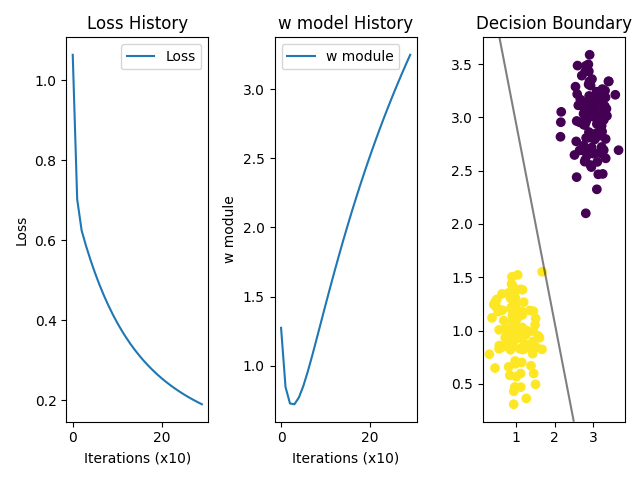
Repository: htlou/MLlab
Script's output: python Lab-logistic/logistic.py
These files come from the project's save history. The script's output is drawn as it stood at one moment and after the next save; the edit follows.
Animations are shown at an early frame. Random numbers start from a fixed seed.

Above is the script's output before, as saved 2023-12-30 14:21:52.

After the next save:
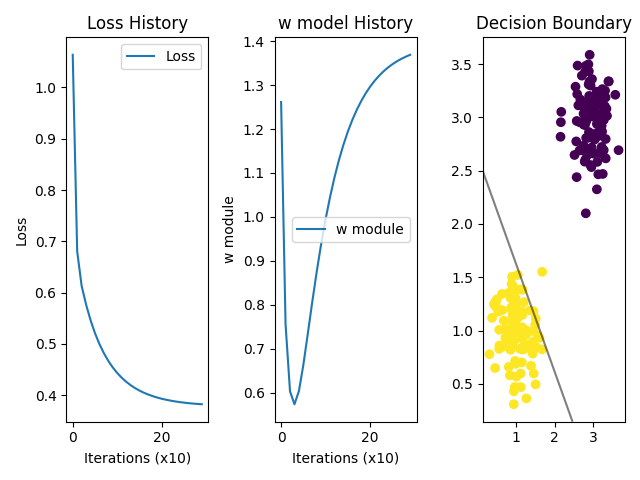
Saved 51 s later.
--- a/Lab-logistic/logistic.py
+++ b/Lab-logistic/logistic.py
@@ -191,7 +191,7 @@ class LogisticRegression():
         # Compute gradient
         gradient = np.dot(x.T, (p_hat - transformed_y)) / m
         print(gradient)
-        gradient += (self.reg / m) * self.w
+        gradient += (self.reg) * self.w
         print(gradient)
 
         # TODO: 2. update the weight
